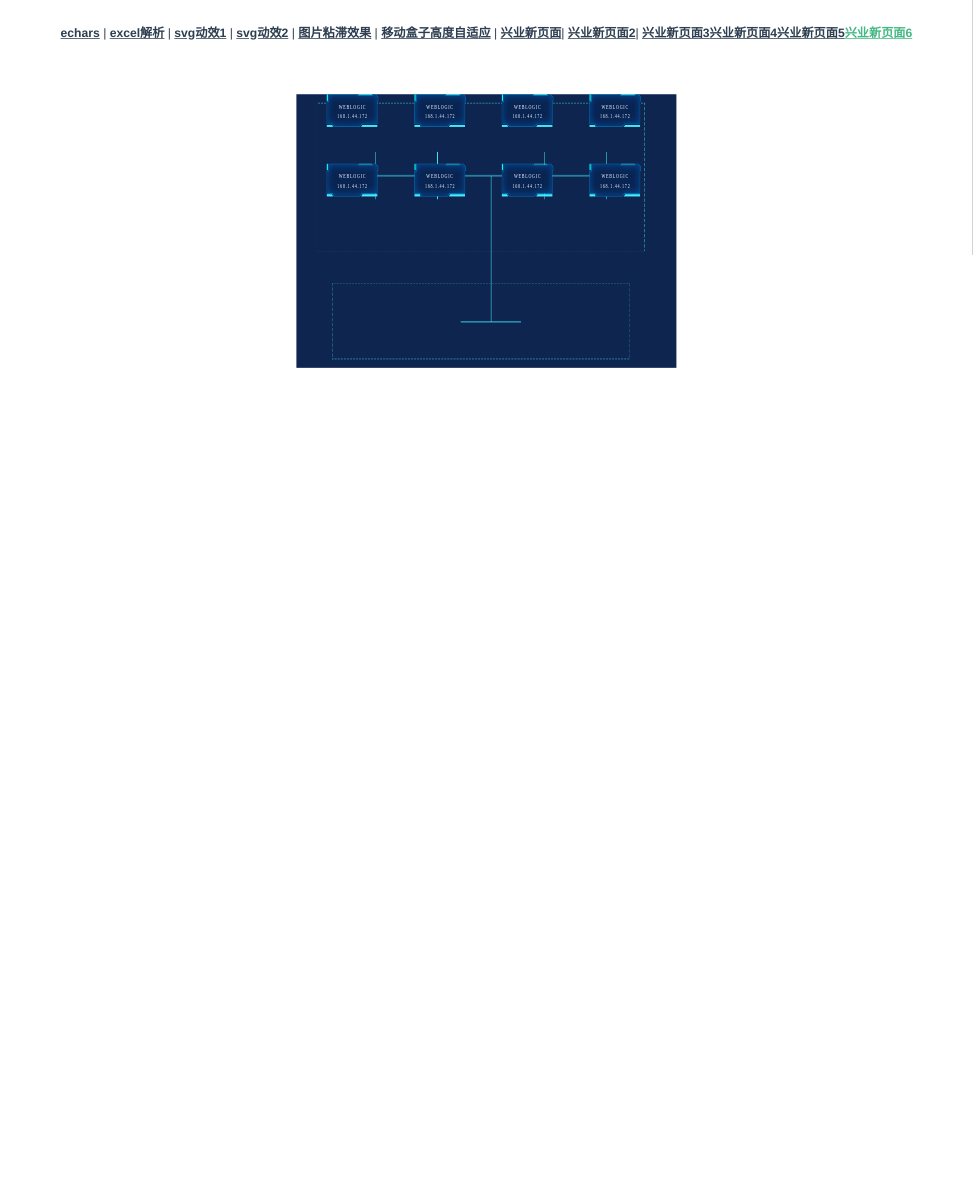
Repository: dmj199811/animation-dmj
Page: /#/work-page8
These files come from the project's save history. The page is drawn as it stood at one moment and after the next save; the edit follows.
The browser window is 1280 px wide. The pictures show the whole page, at 76% of full size.
The project was rebuilt for these pictures with package versions that can differ from the ones it lists, and the page was loaded fresh each time.

Above is the page before, as saved 2020-07-03 17:53:19.

### src/App.vue
<template>
  <div id="app">
    <div id="nav"
         v-if="this.$store.state.pageShow">
      <router-link to="/">echars</router-link> |
      <router-link to="/xlsx-example">excel解析</router-link> |
      <router-link to="/svg-example1">svg动效1</router-link> |
      <router-link to="/svg-example2">svg动效2</router-link> |
      <router-link to="/work-message">图片粘滞效果</router-link> |
      <router-link to="/work-page2">移动盒子高度自适应</router-link> |
      <router-link to="/work-page3">兴业新页面</router-link>|
      <router-link to="/work-page4">兴业新页面2</router-link>|
      <router-link to="/work-page5">兴业新页面3</router-link>
      <router-link to="/work-page6">兴业新页面4</router-link>
      <router-link to="/work-page7">兴业新页面5</router-link>
      <router-link to="/work-page8">兴业新页面6</router-link>
    </div>
    <router-view />
  </div>
</template>

<style lang="less">
body {
  margin: 0;
}
#app {
  font-family: Avenir, Helvetica, Arial, sans-serif;
  -webkit-font-smoothing: antialiased;
  -moz-osx-font-smoothing: grayscale;
  text-align: center;
  color: #2c3e50;
}

#nav {
  padding: 30px;

  a {
    font-weight: bold;
    color: #2c3e50;

    &.router-link-exact-active {
      color: #42b983;
    }
  }
}
</style>

### src/router/index.js
import Vue from 'vue'
import VueRouter from 'vue-router'

Vue.use(VueRouter)

const routes = [
  {
    path: '/',
    redirect: '/circle-echarts',
  },
  {
    path: '/circle-echarts',
    name: 'ani2',
    component: () => import('../views/circle-echarts/index.vue')
  },
  {
    path: '/xlsx-example',
    name: 'xlsx1',
    component: () => import('../views/xlsx1/index.vue')
  },
  {
    path: '/svg-example1',
    name: 'svg1',
    component: () => import('../views/svg1/index.vue')
  },
  {
    path: '/svg-example2',
    name: 'svg2',
    component: () => import('../views/svg2/index.vue')
  },
  {
    path: '/work-message',
    name: 'message1',
    component: () => import('../views/work/message/index.vue')
  },
  {
    path: '/work-page2',
    name: 'show1',
    component: () => import('../views/work/show1/index.vue')
  },
  {
    path: '/work-page3',
    name: 'show2',
    component: () => import('../views/newPage/index.vue')
  },
  {
    path: '/work-page4',
    name: 'show2',
    component: () => import('../views/newPage2/index.vue')
  },
  {
    path: '/work-page5',
    name: 'show3',
    component: () => import('../views/newPage3/index.vue')
  },
  {
    path: '/work-page6',
    name: 'show4',
    component: () => import('../views/newPage4/index.vue')
  },
  {
    path: '/work-page7',
    name: 'show5',
    component: () => import('../views/newPage5/index.vue')
  },
  {
    path: '/work-page8',
    name: 'show6',
    component: () => import('../views/newPage6/index.vue')
  },
]

const router = new VueRouter({
  routes
})

export default router

### src/views/newPage6/index.vue
<template>
<!-- 互联网统一认证系统（身份认证）_8 -->
  <div class="box">
    <div class="use-box">
      <div class="use-box-top">
        <div class="use-box-top-content">
          <div class="use-box-top-item web1">
            <div>WEBLOGIC</div>
            <div>168.1.44.172</div>
          </div>
          <div class="use-box-top-item web2">
            <div>WEBLOGIC</div>
            <div>168.1.44.172</div>
          </div>
          <div class="use-box-top-item web3">
            <div>WEBLOGIC</div>
            <div>168.1.44.172</div>
          </div>
          <div class="use-box-top-item web4">
            <div>WEBLOGIC</div>
            <div>168.1.44.172</div>
          </div>
          <div class="use-box-top-item web5">
            <div>WEBLOGIC</div>
            <div>168.1.44.172</div>
          </div>
          <div class="use-box-top-item web6">
            <div>WEBLOGIC</div>
            <div>168.1.44.172</div>
          </div>
          <div class="use-box-top-item web7">
            <div>WEBLOGIC</div>
            <div>168.1.44.172</div>
          </div>
          <div class="use-box-top-item web8">
            <div>WEBLOGIC</div>
            <div>168.1.44.172</div>
          </div>

        </div>

      </div>
    </div>
  </div>

</template>
<script>
export default {
  data () {
    return {}
  },
  mounted () {
    this.fullScreen()
    let a = {
      'ATM系统': 'N',
      '网上银行域': 'E',
      'IC借记卡系统': 'N',
      'CFP系统': 'W',
      '电话银行域': 'E',
      '金卡系统': 'N',
      '零售信贷系统': 'W',
      '联机交易转发平台': 'N',
      '核心联机交易平台': 'E',
      'OFEP': 'W',
      '会计辅助管理系统': 'W',
      '业务策略管控平台': 'E',
      '历史检索系统': 'N',
      '企业数据集成平台': 'N',
      '银联数据综合前置系统': 'E',
      '理财卡外包制卡系统': 'W',
      '数据仓库系统': 'E',
      '统一报表系统': 'W',
      '企业CRM系统': 'N'
    }

    this.dataToArray(a)
    window.onresize = () => {
      this.fullScreen()
    }
  },
  methods: {
    fullScreen () {
      $('.box').css('transform', `scale(${document.documentElement.clientWidth / 3840},${document.documentElement.clientHeight / 1440})`)
    },
    dataToArray (data) {

    }
  }
}
</script>
<style lang="less">
.box {
  text-align: left;
  transform-origin: 0 0;
  width: 3840px;
  height: 1440px;
}
.use-box {
  font-size: 18px;
  width: 1500px;
  box-sizing: border-box;
  height: 720px;
  background: #0e2550;
  margin: 0 auto;
  color: white;
  background-image: url(./img/bg-line.png);
  background-size: 97% 100%;
}
.use-box div {
  box-sizing: border-box;
}
.use-box-top {
  display: block;
  // background-color: #eee;
  width: 1300px;
  height: 365px;

}

.use-box-top-content {

  // background-color: #e9e9;
  width: 100%;
  height: 100%;
  display: flex;
  justify-content: space-between;
  flex-wrap: wrap;
  margin-top: 40px;
  margin-left: 60px;
}

.use-box-top-item {

  width: 203px;
  height: 86px;
  text-align: center;
  background-image: url(./img/leftBlue.png);
  background-size: 100% 100%;
  font-size:16px;
  font-family:Adobe Heiti Std;
  font-weight:normal;
  color:rgba(255,255,255,1);
  line-height:25px;
  padding-top: 20px;
  letter-spacing: 3px;
  margin-left: 60px;

}
.use-box-top-item div {
  width: 100%;
}



</style>

Loaded but not shown: public/index.html (common file); src/main.js (common file); src/store/index.js (common file)

After the next save:
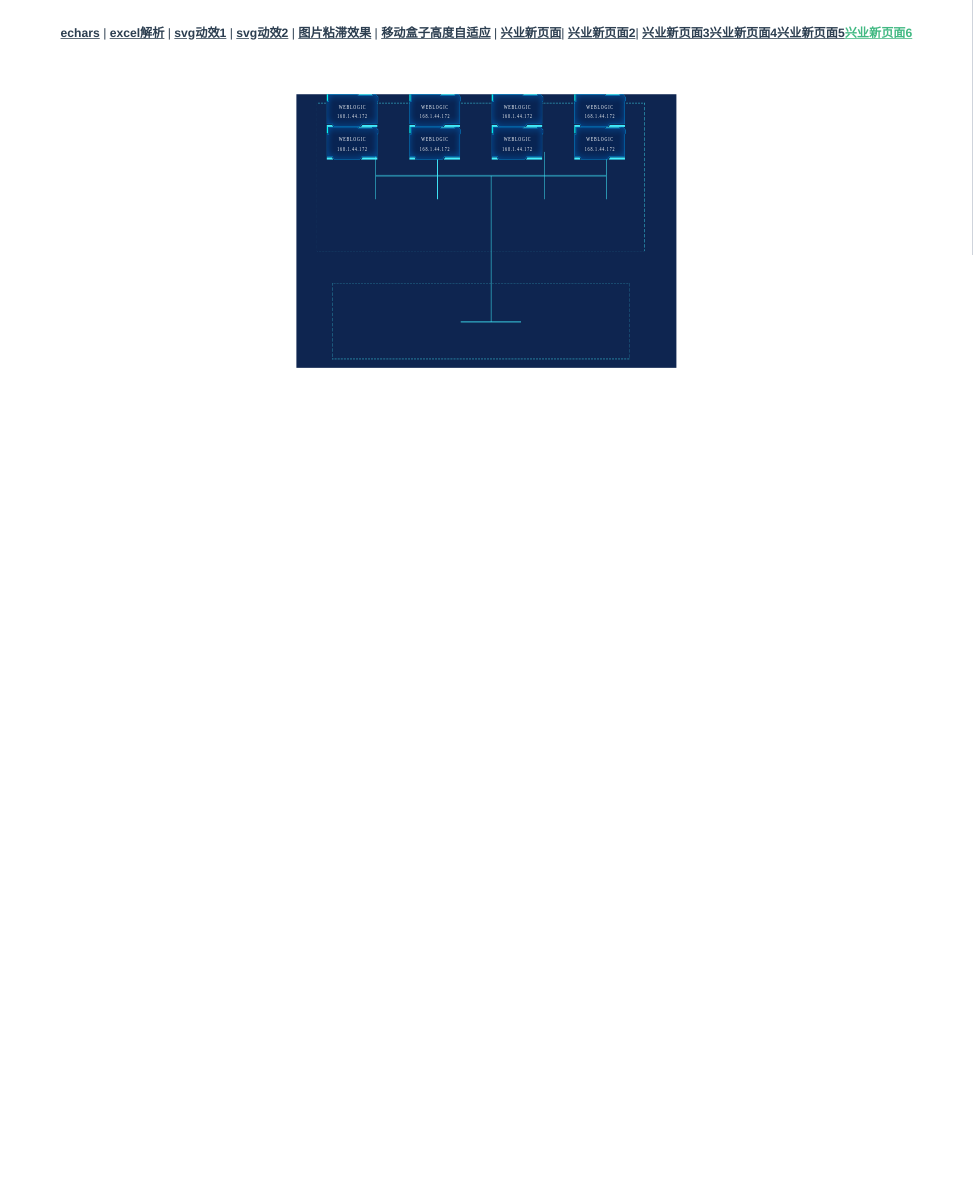
Saved 26 s later.
--- a/src/views/newPage6/index.vue
+++ b/src/views/newPage6/index.vue
@@ -120,8 +120,7 @@
 .use-box-top-content {
 
   // background-color: #e9e9;
-  width: 100%;
-  height: 100%;
+
   display: flex;
   justify-content: space-between;
   flex-wrap: wrap;

After the save that followed:
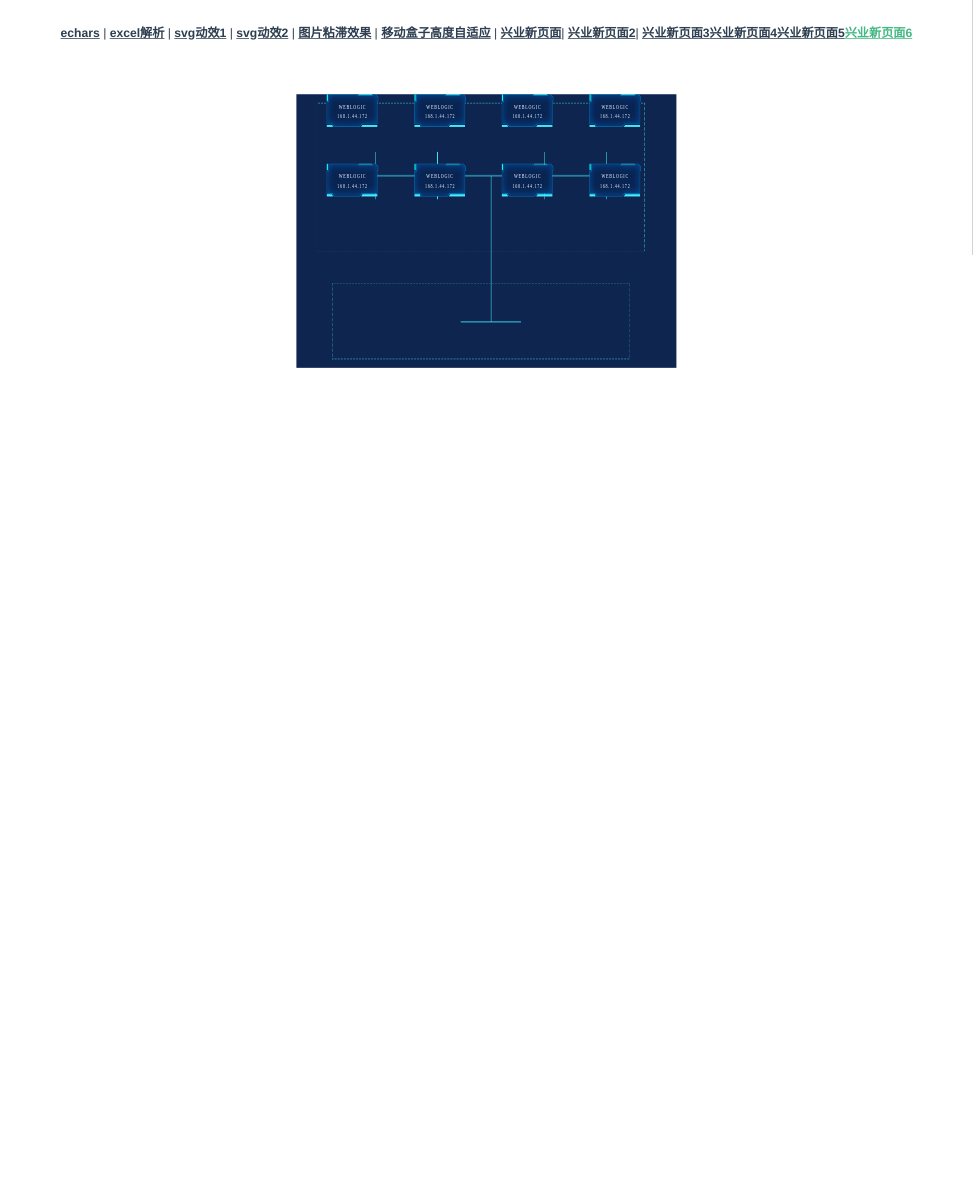
Saved 22 s later.
--- a/src/views/newPage6/index.vue
+++ b/src/views/newPage6/index.vue
@@ -120,7 +120,8 @@
 .use-box-top-content {
 
   // background-color: #e9e9;
-
+  width: 100%;
+  height: 100%;
   display: flex;
   justify-content: space-between;
   flex-wrap: wrap;
